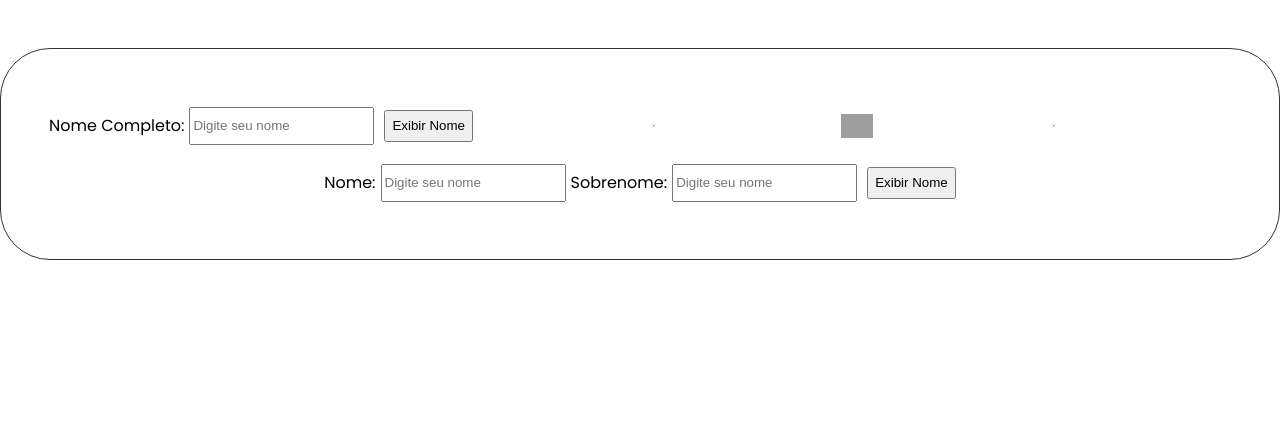
Repository: guilhermecardoso93/exerciciosjs
Page: index.html
These files come from the project's save history. The page is drawn as it stood at one moment and after the next save; the edit follows.
The browser window is 1280 px wide. The pictures show the whole page.
Pictures or frames that could not be fetched are drawn as grey boxes.

Above is the page before, as saved 2023-05-20 11:55:12.

After the next save:
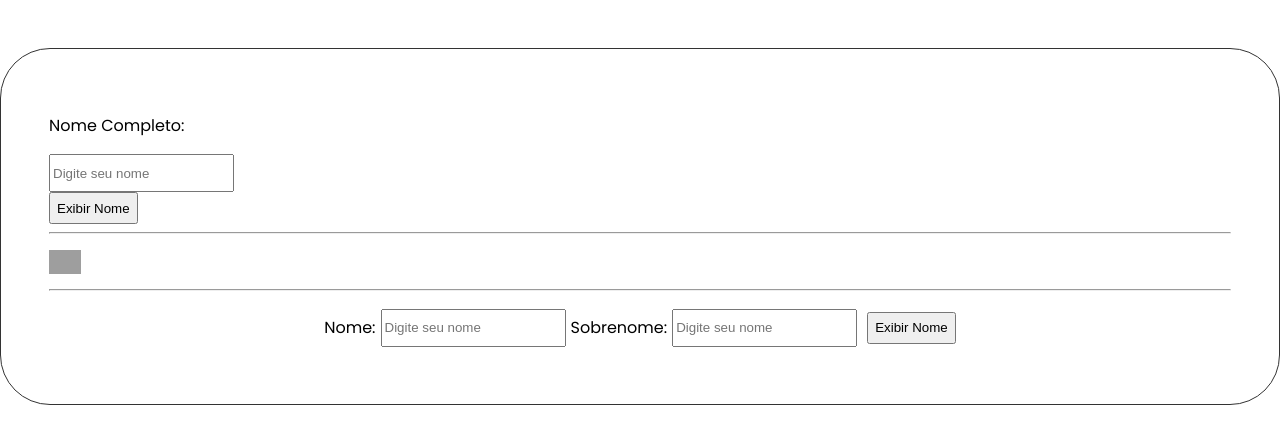
Saved 7 s later.
--- a/styles.css
+++ b/styles.css
@@ -12,7 +12,7 @@ body {
   width: 2rem;
 }
 
-.fullNameDiv, .NameDiv{
+.fullNameDiv{
   display: flex;
   gap: 5px;
   align-items: center;
